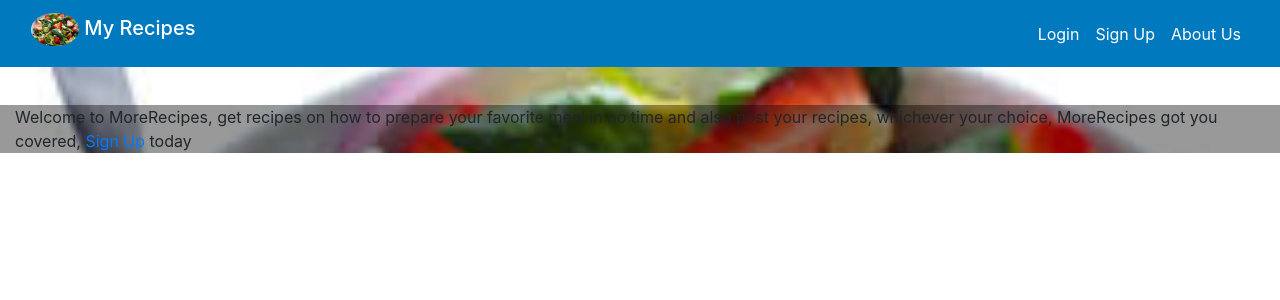
Repository: UggoPrince/more-recipes
Page: html/index.html
The author's editor kept a copy of each file at every save. The page is drawn from the files as they stood at one save, then again after the next save.
The browser window is 1280 px wide. The pictures show the whole page.

Above is the page before, as saved 2018-07-30 06:41:40.

After the next save:
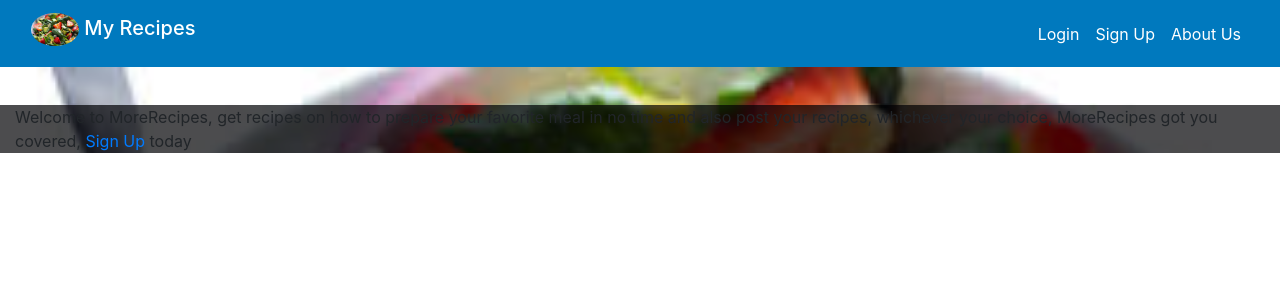
Saved 10 s later.
--- a/html/index.html
+++ b/html/index.html
@@ -6,7 +6,7 @@
   <link rel="stylesheet" href="https://maxcdn.bootstrapcdn.com/bootstrap/4.0.0/css/bootstrap.min.css" integrity="sha384-Gn5384xqQ1aoWXA+058RXPxPg6fy4IWvTNh0E263XmFcJlSAwiGgFAW/dAiS6JXm" crossorigin="anonymous"/>
   <style>
     main {
-      background-color: rgba(0, 0, 3, 0.4);
+      background-color: rgba(0, 0, 3, 0.7);
     }
     div#content {
       background-size: 100vw;
